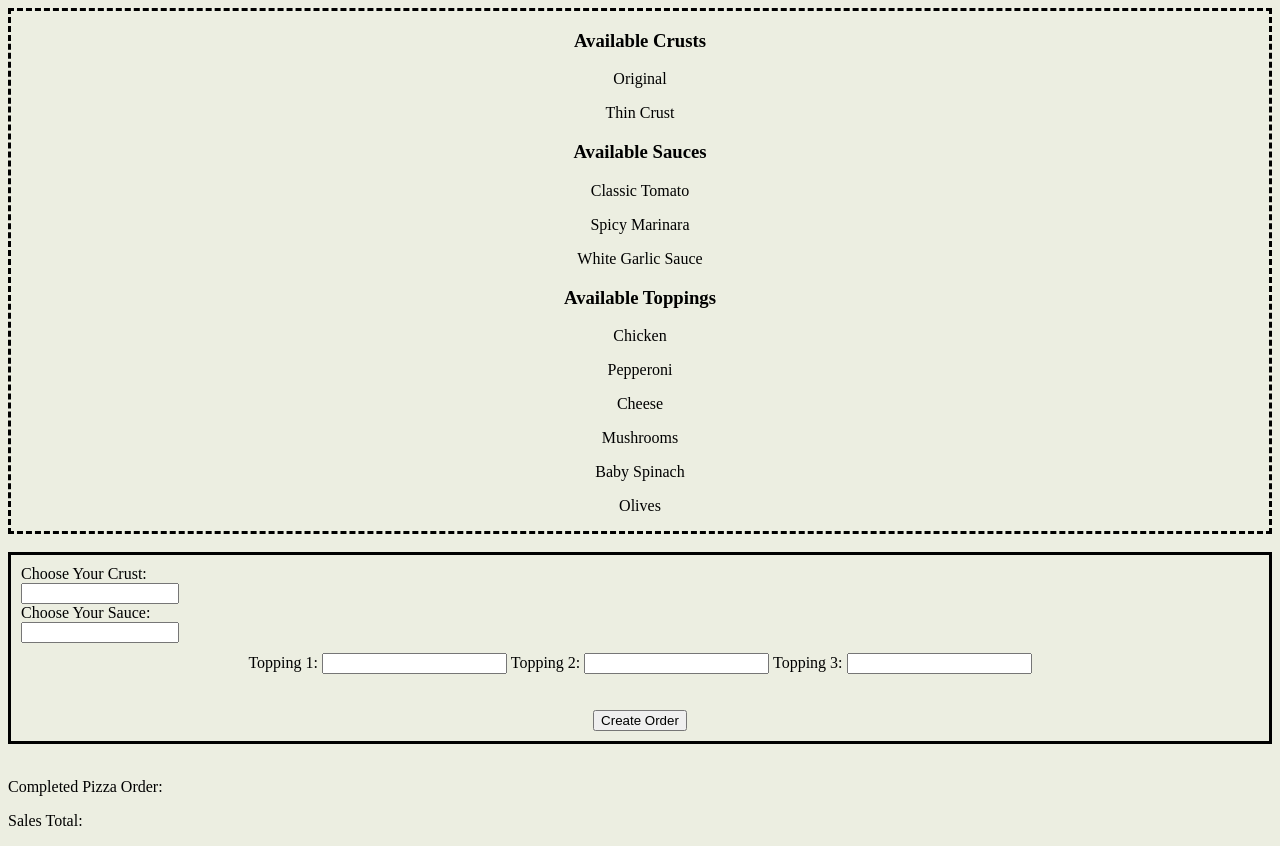
Repository: EmmanuelMefor/Pizza-order
Page: index.html
The author's editor kept a copy of each file at every save. The page is drawn from the files as they stood at one save, then again after the next save.
The browser window is 1280 px wide. The pictures show the whole page.
Some web fonts or font styles are not loaded; a fallback is used.

Above is the page before, as saved 2024-01-05 20:42:15.
Console error: ReferenceError: Btn is not defined

After the next save:
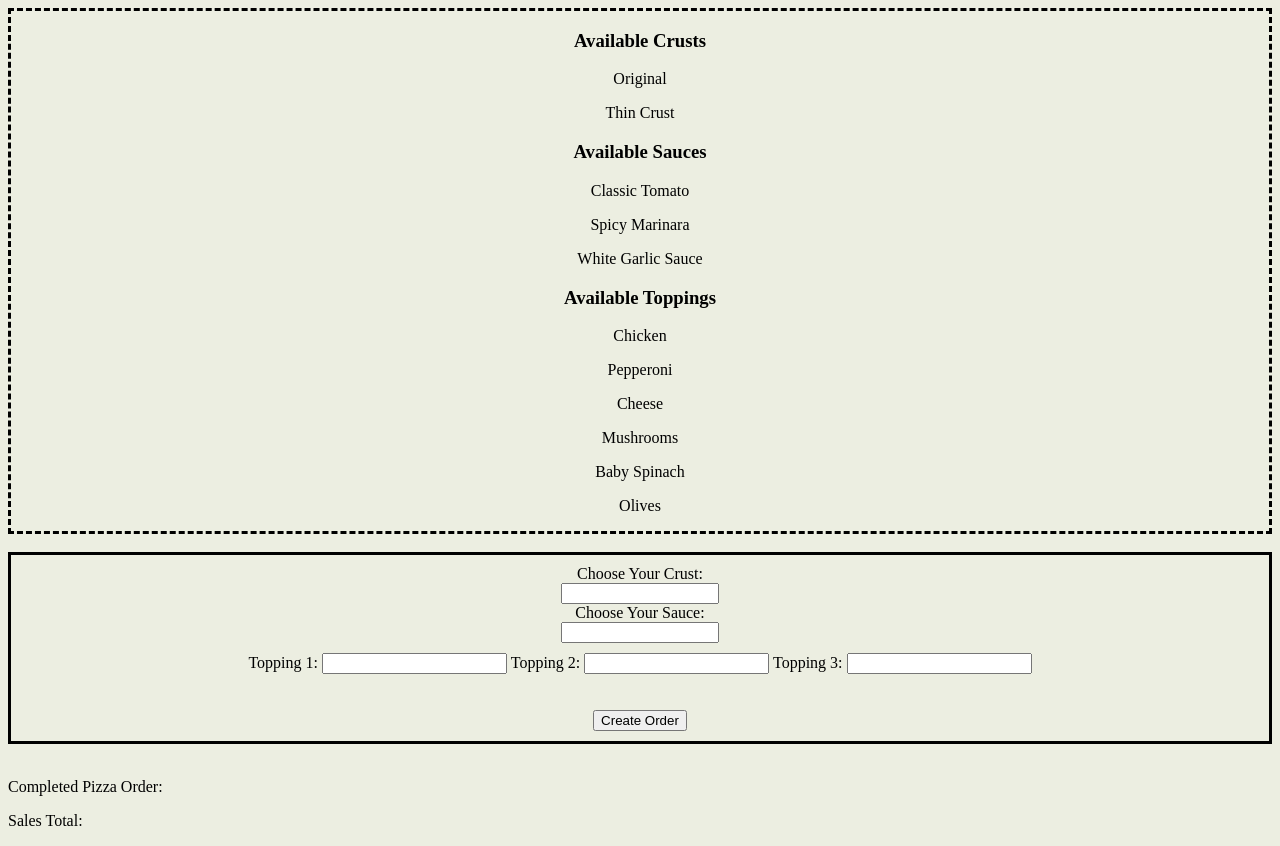
Saved 2 min 52 s later.
--- a/style.css
+++ b/style.css
@@ -22,7 +22,7 @@ form {
   display: flex;
   flex-direction: column;
   margin-bottom: 10px; /* Adjust the space between stacked fields */
-  align-items: flex-start;
+  align-items: center;
 }
 
 .small-input {
